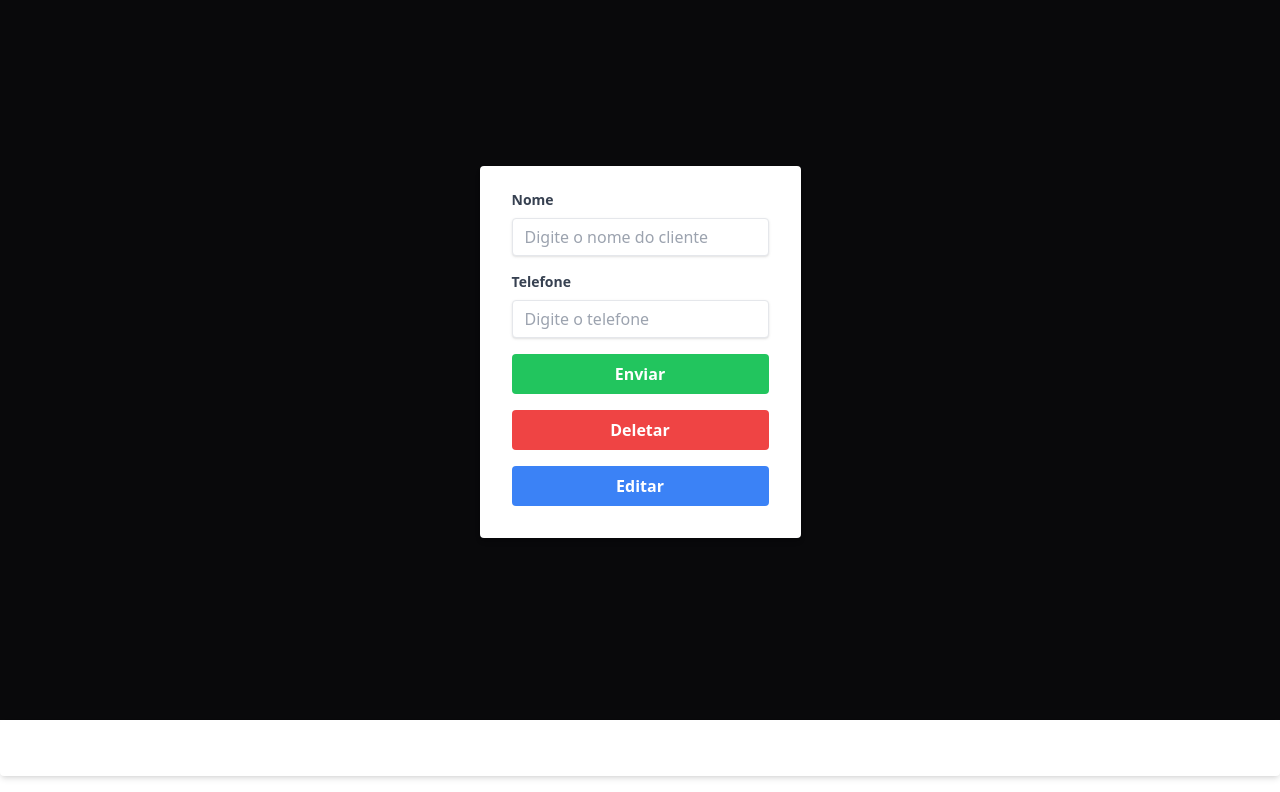
Repository: Gstxxx/sales-manager-laravel
Page: http://localhost/
The author's editor kept a copy of each file at every save. The page is drawn from the files as they stood at one save, then again after the next save.
The browser window is 1280 px wide. The pictures show the whole page.
The page is served by the project's Laravel application, run on PHP 8.4 with Laravel 12. Style sheets and scripts are compiled from the project's sources, by tool versions that may differ from the author's. Queries for data that is not in the repository find no rows.

Above is the page before, as saved 2024-06-09 03:35:55.

After the next save:
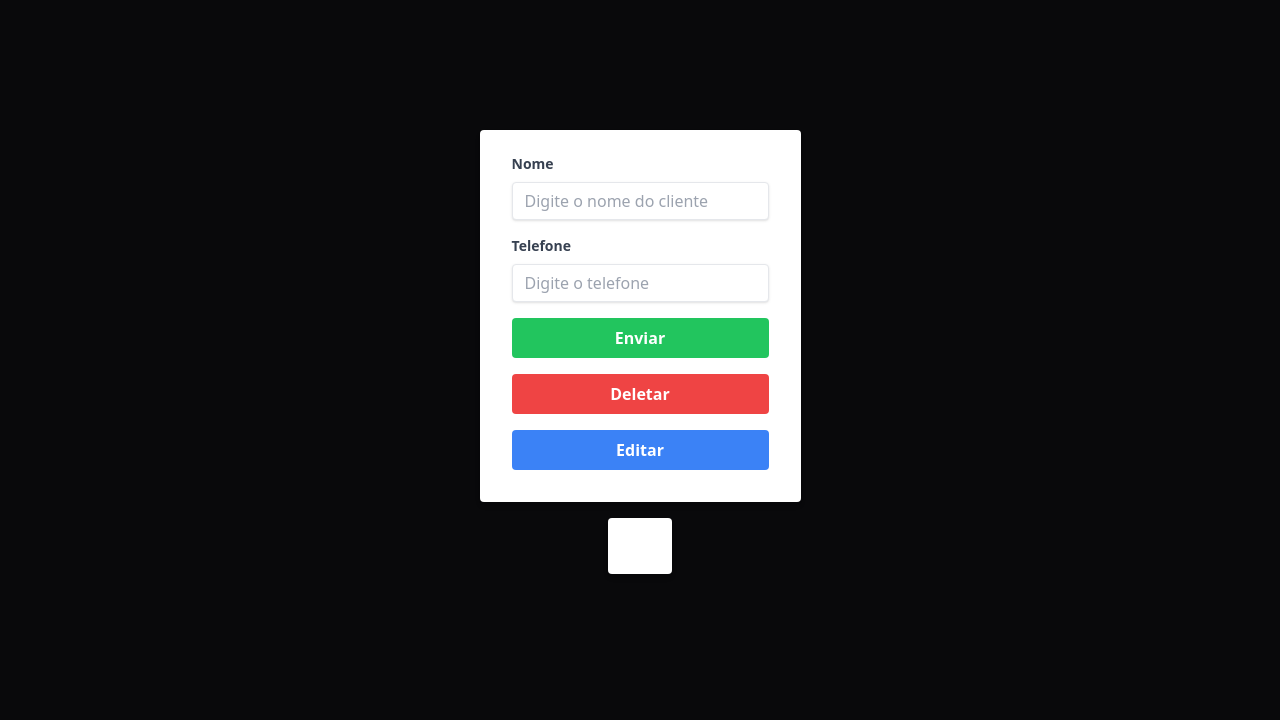
Saved 16 s later.
--- a/resources/views/home.blade.php
+++ b/resources/views/home.blade.php
@@ -49,13 +49,14 @@
                 </button>
             </div>
         </form>
+
+        <div class="bg-white shadow-md rounded px-8 pt-6 pb-8 mb-4">
+            @foreach ($clients as $result)
+                <p>{{ $result['name'] }}</p>
+            @endforeach
+        </div>
     </div>
 
-    <div class="bg-white shadow-md rounded px-8 pt-6 pb-8 mb-4">
-        @foreach ($clients as $result)
-            <p>{{ $result['name'] }}</p>
-        @endforeach
-    </div>
 </body>
 
 </html>
